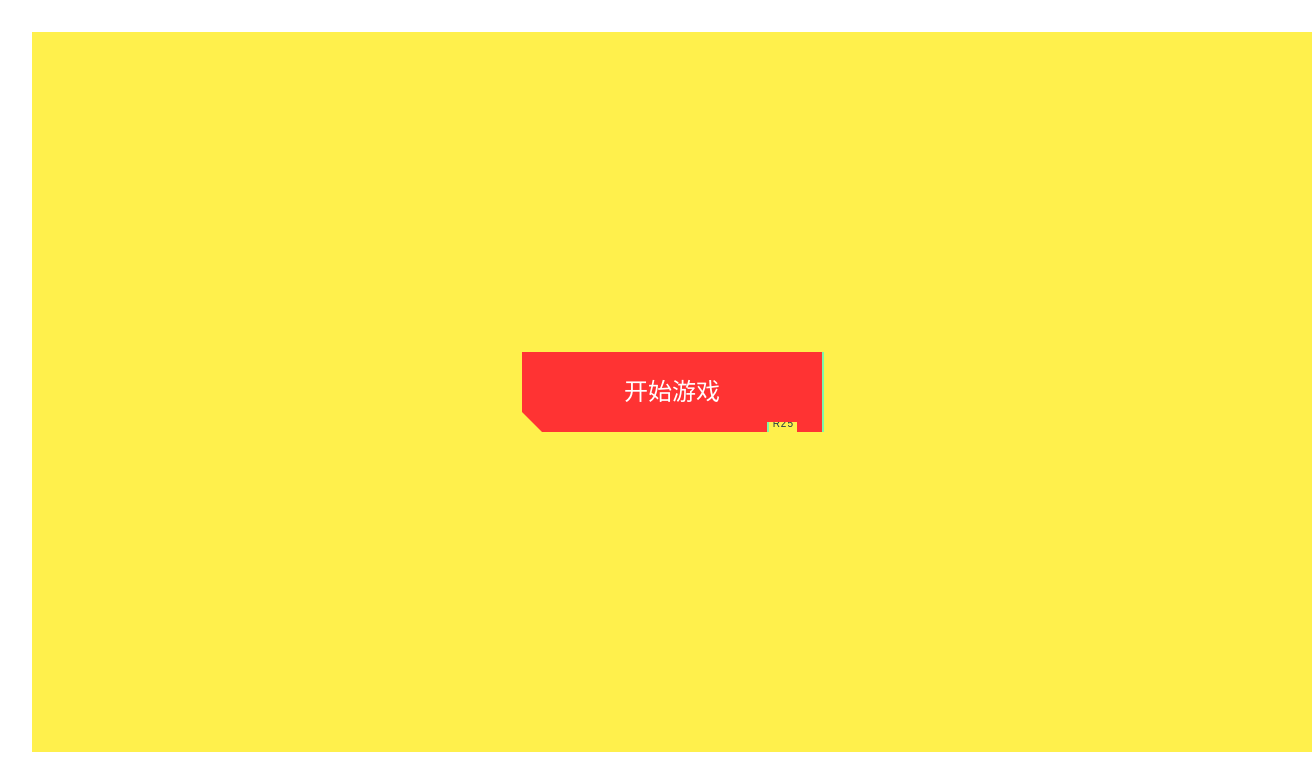
Repository: yezhonghu0503/brainstorming
Page: /
These files come from the project's save history. The page is drawn as it stood at one moment and after the next save; the edit follows.
The browser window is 1280 px wide. The page is 1312 px wide, then 1280 px, then 1312 px, so the pictures cover 1312 px, including what lies to the right of the window. The pictures show the whole page.
The project was rebuilt for these pictures with package versions that can differ from the ones it lists, and the page was loaded fresh each time. Also part of the build but not shown: vite.config.ts.

Above is the page before, as saved 2022-10-11 14:41:05.

After the next save:
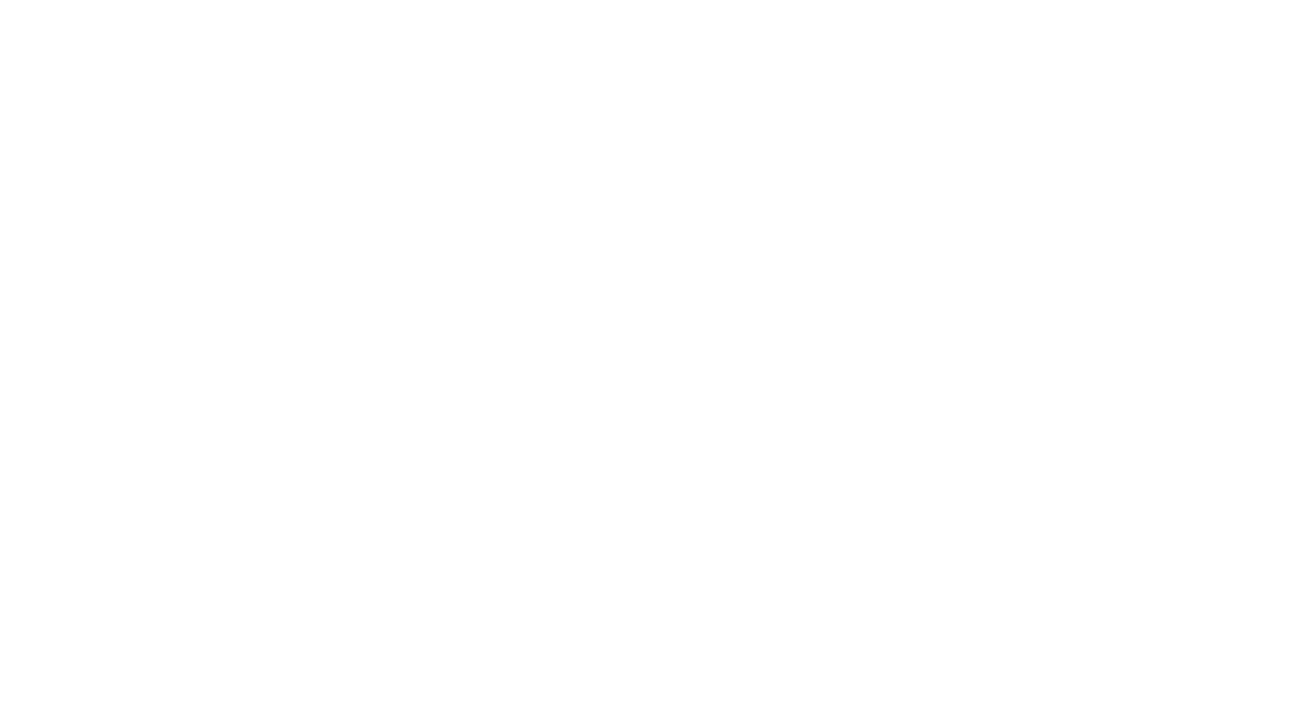
Saved 92 s later.
--- a/src/router/index.ts
+++ b/src/router/index.ts
@@ -17,12 +17,12 @@
     routes:routes
 })
 //路由守卫
-// router.beforeEach((to, from, next) => {
-//     // to and from are both route objects. must call `next`.
-//     if(to.meta.title){
-//         document.title = `${to.meta.title}`
-//     }
-// })
+router.beforeEach((to, from, next) => {
+    // to and from are both route objects. must call `next`.
+    if(to.meta.title){
+        document.title = `${to.meta.title}`
+    }
+})
 // router.afterEach((to, from) => {
 //     // to and from are both route objects.
 // })

After the 3 saves that followed:
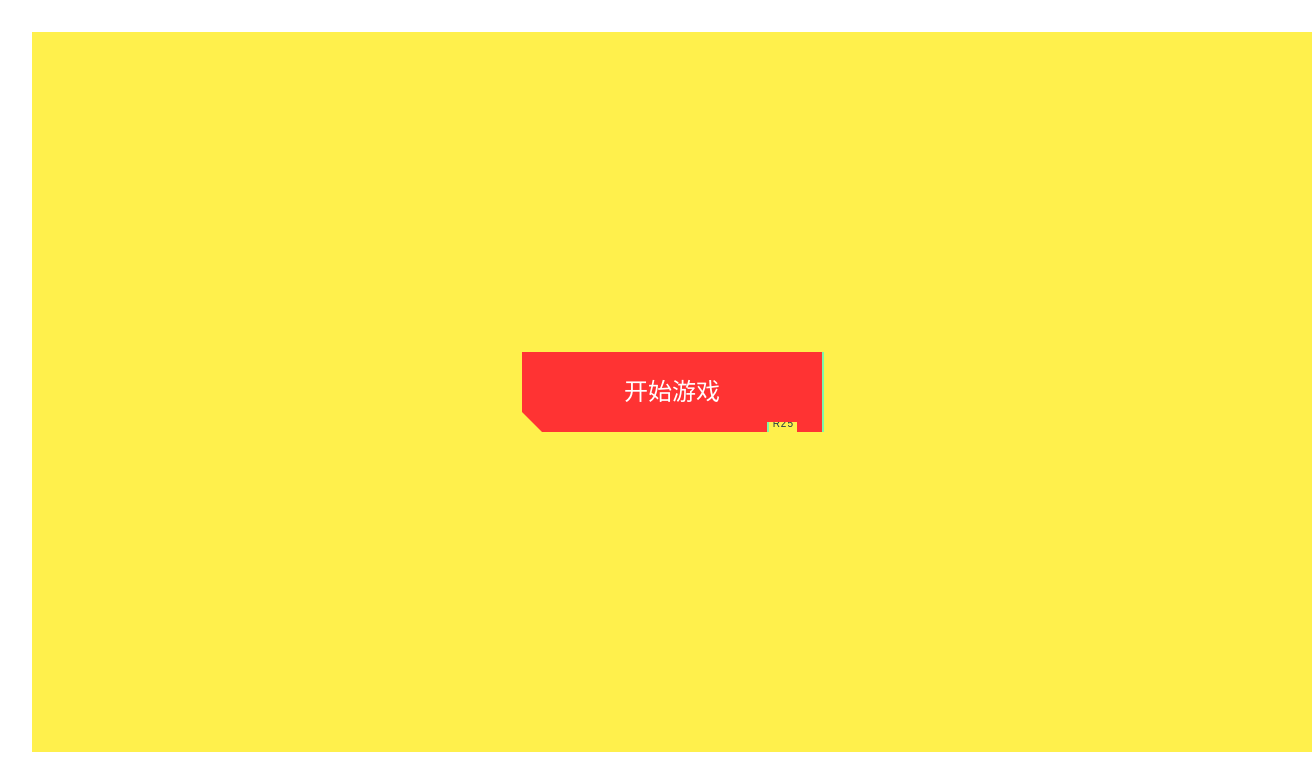
The 3 saves are shown as one change because 2 left the picture as it was.
The last was saved 3 min 9 s later.
--- a/src/router/index.ts
+++ b/src/router/index.ts
@@ -20,11 +20,12 @@
 router.beforeEach((to, from, next) => {
     // to and from are both route objects. must call `next`.
     if(to.meta.title){
-        document.title = `${to.meta.title}`
+        document.title = `${to.meta.title}`;
     }
+    next();
 })
-// router.afterEach((to, from) => {
-//     // to and from are both route objects.
-// })
+router.afterEach((to, from) => {
+    // to and from are both route objects.
+})
 
 export default router;
